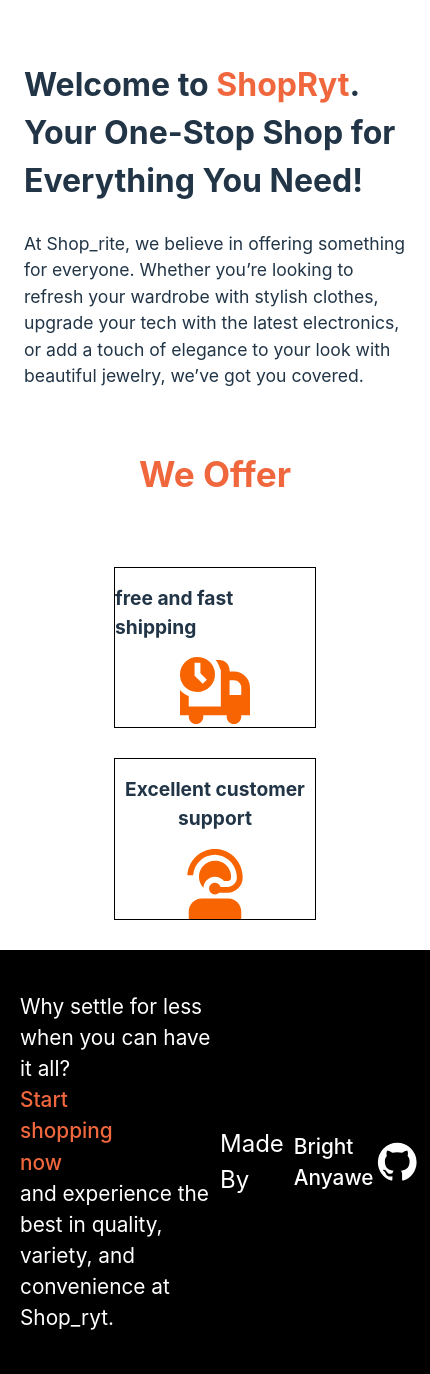
Repository: Bright-Anyawe/Shopping_cart
Page: /
These files come from the project's save history. The page is drawn as it stood at one moment and after the next save; the edit follows.
The browser window is 375 px wide. The page is 430 px wide, so the pictures cover 430 px, including what lies to the right of the window. The pictures show the part of the page from y = 680 to 2054 px (the page is 2054 px tall before and 1942 px after).
The page's requests for data from a server got no answer. The project was rebuilt for these pictures with package versions that can differ from the ones it lists, and the page was loaded fresh each time. No one was signed in, and anything a server would have sent is missing. Also part of the build but not shown: vite.config.js, src/Components/Layout/Shop.jsx, src/Components/Categories/MenClothing.jsx, src/Components/Categories/WomenClothing.jsx, src/Components/Categories/Electronics.jsx, src/Components/Categories/Jewelry.jsx, src/Components/Features/Delete.jsx, src/Components/Layout/Quantity Summery.jsx.

Above is the page before, as saved 2024-10-28 15:02:28.

### index.html
<!doctype html>
<html lang="en">
    <head>
        <meta charset="UTF-8">
        <link rel="icon" type="image/svg+xml" href="/vite.svg">
        <link rel="preconnect" href="https://fonts.googleapis.com">
        <link rel="preconnect" href="https://fonts.gstatic.com" crossorigin>
        <link href="https://fonts.googleapis.com/css2?family=Roboto:ital,wght@0,100;0,300;0,400;0,500;0,700;0,900;1,100;1,300;1,400;1,500;1,700;1,900&display=swap" rel="stylesheet">
        <meta name="viewport" content="width=device-width, initial-scale=1.0">
        <title>Vite + React</title>
    </head>
    <body>
        <div id="root"></div>
        <script type="module" src="/src/main.jsx"></script>
    </body>
</html>

### src/main.jsx
import { StrictMode } from "react";
import { createRoot } from "react-dom/client";
import { createBrowserRouter, RouterProvider } from "react-router-dom";
import routes from "./Components/Layout/Routes";
const router = createBrowserRouter(routes);
import "./Components/Styles/index.css"
import "./Components/Styles/App.css"
import './Components/Styles/layout.css'



createRoot(document.getElementById("root")).render(
  <StrictMode>
    <RouterProvider router={router} />
  </StrictMode>
);

### src/Components/Layout/Routes.jsx
import App from "./App";
import HomePage from "./Homepage.jsx";
import Shop from "./Shop.jsx";
// import About from "../Pages/About";
// import Help from "../Pages/Help";
// import Contact from "../Pages/Contact";
// import Faq from "../Pages/Faq";

import MenClothing from "../Categories/MenClothing"; // import { element } from "prop-types";
import WomenClothing from "../Categories/WomenClothing";
import Electronics from "../Categories/Electronics";
import Jewelry from "../Categories/Jewelry";
import QuantitySummery from "./Quantity Summery.jsx";

const routes = [
  {
    path: "/",
    element: <App />,
    // ErrorElement: <ErrorPage />,
    children: [
      { element: <HomePage />, index: true },
      { path: "shop", element: <Shop /> },
      { path: "menClothing", element: <MenClothing /> },
      { path: "womenClothing", element: <WomenClothing /> },
      { path: "electronics", element: <Electronics /> },
      { path: "jewelry", element: <Jewelry /> },
      { path: "quantitySummery", element: <QuantitySummery /> },
    ],
  },
];

export default routes;

### src/Components/Styles/App.css
.shopProductContainer {
  display: flex;
  flex-wrap: wrap;
  align-items: center;
  justify-content: start;
  gap: 20px;
}

.shoppingMallPicture {
  background-image: url("src/assets/Person_running_with_products.jpg");
  height: 500px;
  background-size: 100% 100%;
  /* background-position: ; */
  background-position: center;

  object-fit: contain;
  object-position: 50% 50%;
  border-radius: 9px;
}

.container {
  display: flex;
  justify-content: center;
  align-items: center;
  box-shadow: 0px 0px 2px 2px black;
  width: 370px;
  padding: 20px;
  gap: 20px;
  height: 250px;
}

.container h4 {
  /* display: flex; */
  max-width: 200px;
  align-items: center;
  justify-content: center;
  font-size: 1rem;
}

.additionalInfoContainer {
  display: flex;
  flex-direction: column;
  gap: 7px;
}

.cartNumber {
  display: flex;
  align-items: center;
  justify-content: center;
  background-color: red;
  color: white;
  border-radius: 50%;
  border: 1px solid black;
  width: 20px;
  text-overflow: ellipsis;
  height: 25px;
  text-overflow: clip;
  white-space: nowrap;
  overflow: hidden;
}

.itemsTitle {
  overflow: hidden;
  text-overflow: ellipsis;
  white-space: nowrap;
  /* width: 250px; */
}

.checkout {
  background: yellow;
  border-radius: 9px;
  padding: 7px;
}

.checkout:hover {
  color: red;
}

img {
  max-width: 120px;
  max-height: 200px;
  object-fit: cover;

  object-fit: contain;
  object-position: 50% 50%;
  border-radius: 9px;
}

.container li:hover {
  transform: scale(1.1);
  transition: 0.3s ease-in-out;
}

.welcomePageContainer {
  display: flex;
  padding: 20px;
  /* background-image: url("src/assets/person_holding_red_shirt.jpg"); */
  /* height: 500px;
  background-size: contain;
  background-position: center;
  /* background-repeat: no-repeat; */
}

.homeHeadText {
  padding: 50px;
}

.welcomePageContainer h2 {
  font-size: 3rem;
}

.welcomePageContainer p {
  font-size: 1.2rem;
  font-weight: 400;
}

.welcomePageContainer img {
  min-width: 500px;
  min-height: 500px;
  object-fit: cover;
}

.ourOfferContainer {
  display: flex;
  flex-direction: column;
  gap: 50px;
  /* align-items: center; */
  /* justify-content: center; */
}

.ourOfferSubContainer {
  display: flex;
  justify-content: space-between;
  padding-inline: 100px;
}

.offerEl {
  display: flex;
  align-items: center;
  justify-content: center;
  color: rgb(240, 103, 61);
}

.free-fastContainer {
  display: flex;
  flex-direction: column;
  justify-content: center;
  align-items: center;
  border: 1px solid black;
  width: 300px;
}

.customerServiceContainer {
  display: flex;
  flex-direction: column;
  justify-content: center;
  align-items: center;
  border: 1px solid black;
  width: 300px;
}

.ourOfferContainer img {
  width: 150px;
  height: 150px;
}

li {
  display: flex;
  flex-direction: column;
  align-items: center;
  list-style-type: none;
}

.quantityContainer {
  display: flex;
  align-items: center;
  gap: 20px;
  justify-content: start;
}

.quantityContainer button {
  display: flex;
  align-items: center;
  justify-content: center;
  border-radius: 0;
  width: 30px;
  height: 30px;
}

.quantityContainer input {
  height: 20px;
  width: 35px;
  color: white;
}

.priceOrderEl {
  /* display: flex; */
  align-items: center;
  justify-content: center;
  gap: 30px;
}

.orderBtn {
  width: 200px;
  border-radius: 0;
}

input[type="number"]:hover::-webkit-inner-spin-button {
  width: 19px;
  height: 30px;
}

.loading {
  text-align: center;
  font-size: 1.5rem;
  font-weight: 600;
}

button {
  transition: 0.2s ease;
  padding: 5px;
}

button:hover {
  transform: scale(1.05);
}

svg {
  width: 30px;
}

.titleContainer {
  display: flex;
  gap: 15px;
  align-items: center;
  justify-content: start;
}

.rateEl {
  display: flex;
}

.rateEl svg {
  width: 20px;
}

.shopCartContainer {
  display: flex;
  gap: 20px;
  justify-content: center;
  align-items: center;
}

input::-webkit-outer-spin-button,
input::-webkit-inner-spin-button {
  -webkit-appearance: none;
  margin: 0;
}

input[type="number"] {
  -moz-appearance: textfield;
}

.summerList {
  display: flex;
  flex-direction: row;
  gap: 10px;
}

.summeryListContainer {
  margin: 0 0 20px 50px;
  display: flex;
  justify-content: space-evenly;
}

.totalSummery {
  display: flex;
  flex-direction: column;
  gap: 20px;
}

.totalSummery div {
  font-size: 1.2rem;
}

.subTotal,
.shippingFee,
.total {
  display: flex;
  justify-content: space-between;
}

.summeryListSubContainer {
  display: flex;
  flex-direction: column;
  gap: 30px;
}

.summeryTextContainer {
  display: flex;
  flex-direction: column;
  gap: 20px;
}

.summeryTextContainer svg {
  width: 25px;
}

.delQtySelectedContainer {
  display: flex;
  align-items: center;
  justify-content: start;
  gap: 10px;
}

.productPrice_TitleContainer h4 {
  max-width: 250px;
}

### src/Components/Styles/layout.css
@media (max-width: 500px) {
  div.root-layout {
    display: grid;
    grid-template-columns: 100%;
    grid-template-rows: 80px;
  }

  #root header {
    grid-area: 1 / 1 / 2;
    /* display: grid; */
    grid-template-columns: 300px 780px;
    padding: 14px 10px;
    /* position: fixed; */
    /* gap: 0 43rem; */
    /* gap: 36rem; */
  }

  #root header h1 {
    grid-area: 1 / 1 / 2 / 2;
    font-size: 1.7rem;
  }

  nav.navLinks {
    display: flex;
    gap: 1rem;
    font-size: 1rem;
    align-items: center;
  }

  section.categoriesContainer {
    grid-row: 1 / 3;
    display: flex;
    flex-direction: column;
    justify-content: center;
    align-items: start;
  }

  main aside {
    display: flex;
    flex-direction: column;
    justify-content: center;
    gap: 20px;
    width: 99%;
    /* margin: 40px 0; */
  }

  nav.asideNavContainer {
    max-width: 460px;
  }

  ul.itemsContainer {
    display: flex;
    flex-wrap: wrap;
    flex-direction: row;
    justify-content: space-evenly;
    align-items: center;
    margin: 0 0 0 10px;
    font-size: 1rem;
    padding: 0;
    gap: 10px;
    max-width: 460px;
  }

  ul.itemsContainer li a {
    width: 100%;
    display: flex;
    flex-wrap: wrap;
  }

  #root header nav {
    grid-area: 1 / 2 / 2 / 3;
  }

  h1.headText svg {
    width: 25px;
  }

  div.root-layout main {
    grid-area: 2 / 1/ 9 / 4;
    display: grid;
    grid-template-columns: auto;
    grid-template-rows: 150px;
    gap: 20px;
  }

  div.homeHeadText {
    padding: 4px;
    width: 100%;
  }

  div.welcomePageContainer {
    display: flex;
    padding: 20px;
    flex-direction: column;
    /* background-image: url(src/assets/person_holding_red_shirt.jpg); */
  }

  div.welcomePageContainer h2 {
    font-size: 2rem;
  }

  div.welcomePageContainer p {
    font-size: 1.1rem;
  }

  div.shoppingMallPicture {
    background-image: url(src/assets/Person_running_with_products.jpg);
    height: 400px;
    background-size: 100% 100%;
    background-position: center;
    object-fit: contain;
    object-position: 50% 50%;
    border-radius: 9px;
    margin: 10px;
  }

  div.homePageContainer {
    max-width: 430px;
    display: flex;
    flex-direction: column;
    justify-content: center;
  }

  div.homePageImageContainer {
    width: 100%;
    height: auto;
    background-image: url("src/assets/Items_In_cart.jpg");

    background-size: 100% 100%;
    /* background-position: ; */
    background-position: center;

    object-fit: contain;
    object-position: 50% 50%;
    border-radius: 9px;
  }

  div.ourOfferContainer {
    display: flex;
    flex-direction: column;
    gap: 50px;
    /* align-items: center; */
    /* justify-content: center; */
  }

  div.ourOfferSubContainer {
    display: flex;
    flex-direction: column;
    justify-content: space-between;
    align-items: center;
    padding-inline: 100px;
    gap: 30px;
    margin: 0 0 30px 0;
  }

  h1.offerEl {
    display: flex;
    align-items: center;
    justify-content: center;
    font-size: 2.2rem;
    color: rgb(240, 103, 61);
  }

  .ourOfferContainer img {
    width: 70px;
    height: auto;
  }

  div.free-fastContainer {
    display: flex;
    flex-direction: column;
    justify-content: center;
    align-items: center;
    border: 1px solid black;
    width: 200px;
  }

  div.free-fastContainer h2 {
    font-size: 1.2rem;
  }

  div.customerServiceContainer {
    display: flex;
    flex-direction: column;
    justify-content: center;
    align-items: center;
    border: 1px solid black;
    width: 200px;
  }

  div.customerServiceContainer h2 {
    font-size: 1.2rem;
    text-align: center;
  }

  main footer p {
    font-size: 1.5rem;
  }

  div.container {
    display: flex;
    justify-content: center;
    align-items: center;
    box-shadow: 0px 0px 2px 2px black;
    width: 371px;
    padding: 10px;
    gap: 20px;
    height: 250px;
  }

  li img {
    max-width: 150px;
    max-height: 200px;
    object-fit: cover;

    object-fit: contain;
    object-position: 50% 50%;
    border-radius: 9px;
  }

  div.container h4 {
    /* display: flex; */
    max-width: 200px;
    align-items: center;
    justify-content: center;
    font-size: 1rem;
  }

  main footer :first-child {
    font-size: 1.3rem;
    max-width: 70%;
}
}

@media (max-width: 1120px) and (min-width: 800px) {
  div.root-layout {
    display: grid;
    grid-template-columns: 100%;
    grid-template-rows: 80px;
  }

  #root header {
    grid-area: 1 / 1 / 2;
    /* display: grid; */
    grid-template-columns: 300px 780px;
    /* position: fixed; */
    /* gap: 0 43rem; */
    /* gap: 36rem; */
  }

  #root header h1 {
    grid-area: 1 / 1 / 2 / 2;
  }

  #root header nav {
    grid-area: 1 / 2 / 2 / 3;
  }

  main {
    grid-area: 2 / 1/ 9 / 4;
  }

  div.homeHeadText {
    padding: 4px;
    width: 50%;
  }

  div.welcomePageContainer h2 {
    font-size: 2rem;
  }

  div.welcomePageContainer p {
    font-size: 1.1rem;
  }

  /* div.welcomePageContainer img {
    width: 100%;
    height: auto;
    min-width: 100px;
    min-height: 0;
    object-fit: cover;
  } */

  div.homePageImageContainer {
    width: 100%;
    height: auto;
    background-image: url("src/assets/Items_In_cart.jpg");

    background-size: 100% 100%;
    /* background-position: ; */
    background-position: center;

    object-fit: contain;
    object-position: 50% 50%;
    border-radius: 9px;
  }

  div.ourOfferContainer {
    display: flex;
    flex-direction: column;
    gap: 50px;
    /* align-items: center; */
    /* justify-content: center; */
  }

  div.ourOfferSubContainer {
    display: flex;
    justify-content: space-between;
    padding-inline: 100px;
    margin: 0 0 30px 0;
  }

  h1.offerEl {
    display: flex;
    align-items: center;
    justify-content: center;
    font-size: 2.2rem;
    color: rgb(240, 103, 61);
  }

  .ourOfferContainer img {
    width: 70px;
    height: auto;
  }

  div.free-fastContainer {
    display: flex;
    flex-direction: column;
    justify-content: center;
    align-items: center;
    border: 1px solid black;
    width: 200px;
  }

  div.free-fastContainer h2 {
    font-size: 1.2rem;
  }

  div.customerServiceContainer {
    display: flex;
    flex-direction: column;
    justify-content: center;
    align-items: center;
    border: 1px solid black;
    width: 200px;
  }

  div.customerServiceContainer h2 {
    font-size: 1.2rem;
    text-align: center;
  }

  main footer p {
    font-size: 1.5rem;
  }

  div.container {
    display: flex;
    justify-content: center;
    align-items: center;
    box-shadow: 0px 0px 2px 2px black;
    width: 371px;
    padding: 10px;
    gap: 20px;
    height: 250px;
  }

  li img {
    max-width: 150px;
    max-height: 200px;
    object-fit: cover;

    object-fit: contain;
    object-position: 50% 50%;
    border-radius: 9px;
  }

  div.container h4 {
    /* display: flex; */
    max-width: 200px;
    align-items: center;
    justify-content: center;
    font-size: 1rem;
  }
}

.shopText {
  color: rgb(240, 103, 61);
}

.shopLink {
  color: rgb(240, 103, 61);
}

.root-layout {
  /* display: grid; */
  grid-template-columns: 100%;
  grid-template-rows: 60px;
}

header {
  grid-area: 1 / 1 / 2;
  /* display: grid; */
  display: flex;
  justify-content: space-between;
  align-items: center;
  padding: 14px 35px;

  /* gap: 0 43rem; */
  /* gap: 36rem; */
}

header h1 {
  grid-area: 1 / 1 / 2 / 2;
}

header nav {
  grid-area: 1 / 2 / 2 / 3;
}

main {
  grid-area: 2 / 1/ 9 / 4;
  display: grid;
  grid-template-columns: auto;
  grid-template-rows: 80px;
  gap: 20px;
}

.categoriesContainer {
  grid-row: 1 / 2;
  display: flex;
  flex-direction: column;
  justify-content: center;
  align-items: center;
}

.shopProductContainer {
  grid-row: 2 / 9;
}

aside {
  display: flex;
  flex-direction: column;
  justify-content: center;
  gap: 20px;
  width: 82%;
}

aside h2 {
  display: flex;
  justify-content: center;
  font-size: 1.8rem;
}

.ourOfferSubContainer {
  display: flex;
  justify-content: space-between;
  padding-inline: 100px;
  margin: 0 0 30px 0;
}

.itemsContainer {
  display: flex;
  flex-direction: row;
  justify-content: space-evenly;
  align-items: center;
  margin: 0 0 0 40px;
  font-size: 1.3rem;
  padding: 0;
  gap: 20px;
}

.itemsContainer li a {
  width: 150px;
}

.itemNotSelected {
  text-align: center;
  font-size: 1.5rem;
}

.menProductContainer,
.womenProductContainer,
.electronicsProductContainer,
.jewelryContainer {
  display: flex;
  flex-wrap: wrap;
  gap: 20px;
}

.homeHeadText {
  padding: 4px;
  width: 60%;
}

.homePageImageContainer {
  width: 100%;
  height: auto;
  background-image: url("src/assets/Items_In_cart.jpg");
  background-size: 100% 100%;
  /* background-position: ; */
  background-position: center;

  object-fit: contain;
  object-position: 50% 50%;
  border-radius: 9px;
}

.creator {
  display: flex;
  align-items: center;
  gap: 10px;
}

footer {
  background-color: black;
  display: flex;
  align-items: center;
  justify-content: space-between;
  padding: 20px;
}

footer a {
  color: white;
}

footer a:hover {
  color: white;
}

footer :first-child {
  font-size: 1.3rem;
  max-width: 70%;
}

footer :last-child {
  display: flex;
  width: 200px;
}

footer svg {
  fill: white;
}

footer p {
  color: white;
}

### src/Components/Layout/App.jsx
import { createContext } from "react";
import { Header } from "./Header";
import { useState } from "react";
import { Outlet } from "react-router-dom";
import { SideBar } from "./SideBar";

export const QuantityContext = createContext(null);
export const QtySummeryContext = createContext([]);

export default function App() {
  const [quantityCount, setQuantityCount] = useState(0);
  const [quantity, setQuantity] = useState({});
  const [qtySummery, setSummery] = useState([]);
  const [qtySummeryObject, setQuantitySummeryObject] = useState({
    productUrl: "",
    productTitle: '',
    productPrice: "",
    QtySelected: "",
    qtySubTotal: "",
  });

  return (
    <>
      <div className="root-layout">
        <QuantityContext.Provider
          value={{ quantityCount, setQuantityCount, quantity, setQuantity }}
        >
          <QtySummeryContext.Provider
            value={{
              qtySummery,
              setSummery,
              qtySummeryObject,
              setQuantitySummeryObject,
            }}
          >
            <Header />
            <main>
              <SideBar />

              <Outlet />
            </main>
          </QtySummeryContext.Provider>
        </QuantityContext.Provider>
      </div>
    </>
  );
}

### src/Components/Layout/Homepage.jsx
// import { Link, NavLink } from "react-router-dom";

import { NavLink } from "react-router-dom";

const HomePage = () => {
  return (
    <>
      <div className="homePageContainer">
        <div className="shoppingMallPicture"></div>

        <div className="welcomePageContainer">
          <div className="homeHeadText">
            <h2>
              Welcome to <span className="shopText">ShopRyt</span>. Your
              One-Stop Shop for Everything You Need!
            </h2>

            <p>
              At Shop_rite, we believe in offering something for everyone.
              Whether you’re looking to refresh your wardrobe with stylish
              clothes, upgrade your tech with the latest electronics, or add a
              touch of elegance to your look with beautiful jewelry, we’ve got
              you covered.
            </p>
          </div>

          <div className="homePageImageContainer">
            {/* <img
              src="src/assets/excited-african-woman-holding-shopping-bags-mobile-phone_.avif"
              alt=""
            /> */}
          </div>
        </div>

        <div className="ourOfferContainer">
          <h1 className="offerEl">We Offer</h1>

          <div className="ourOfferSubContainer">
            <div className="free-fastContainer">
              <h2>free and fast shipping</h2>
              <img
                src="data:[embedded picture, 928 characters]"
                alt=""
              />
            </div>

            <div className="customerServiceContainer">
              <h2>Excellent customer support</h2>
              <img
                src="data:[embedded picture, 948 characters]"
                alt=""
              />
            </div>
          </div>
        </div>

        <footer>
          <p>
            {" "}
            Why settle for less when you can have it all?{" "}
            <NavLink to="shop" className="shopLink">
              Start shopping now
            </NavLink>{" "}
            and experience the best in quality, variety, and convenience at
            Shop_ryt.
          </p>

          <p className="creator">
            Made By{" "}
            <NavLink>
              Bright Anyawe{" "}
              <svg xmlns="http://www.w3.org/2000/svg" viewBox="0 0 24 24">
                <title>github</title>
                <path d="M12,2A10,10 0 0,0 2,12C2,16.42 4.87,20.17 8.84,21.5C9.34,21.58 9.5,21.27 9.5,21C9.5,20.77 9.5,20.14 9.5,19.31C6.73,19.91 6.14,17.97 6.14,17.97C5.68,16.81 5.03,16.5 5.03,16.5C4.12,15.88 5.1,15.9 5.1,15.9C6.1,15.97 6.63,16.93 6.63,16.93C7.5,18.45 8.97,18 9.54,17.76C9.63,17.11 9.89,16.67 10.17,16.42C7.95,16.17 5.62,15.31 5.62,11.5C5.62,10.39 6,9.5 6.65,8.79C6.55,8.54 6.2,7.5 6.75,6.15C6.75,6.15 7.59,5.88 9.5,7.17C10.29,6.95 11.15,6.84 12,6.84C12.85,6.84 13.71,6.95 14.5,7.17C16.41,5.88 17.25,6.15 17.25,6.15C17.8,7.5 17.45,8.54 17.35,8.79C18,9.5 18.38,10.39 18.38,11.5C18.38,15.32 16.04,16.16 13.81,16.41C14.17,16.72 14.5,17.33 14.5,18.26C14.5,19.6 14.5,20.68 14.5,21C14.5,21.27 14.66,21.59 15.17,21.5C19.14,20.16 22,16.42 22,12A10,10 0 0,0 12,2Z" />
              </svg>
            </NavLink>
          </p>
        </footer>
      </div>
    </>
  );
};
export default HomePage;

### src/Components/Layout/Header.jsx
import { NavLink } from "react-router-dom";

import { useContext } from "react";
// import QuantityContext from "./Components/Layout/App.jsx";
import { QuantityContext } from "./App";

export function Header() {

  const { quantityCount } = useContext(QuantityContext);

  let prevScrollPos = window.scrollY;
  window.onscroll = function () {
    let currentScrollPos = window.scrollY;


    if (prevScrollPos > currentScrollPos) {
      document.querySelector(".headerContainer").style.top = "25px";
    } else {
      document.querySelector(".headerContainer").style.top = "-80px";
    }
    prevScrollPos = currentScrollPos;
  };

  return (
    <>
      <header className="headerContainer">
        <h1 className="headText">
          <span className="shopText">ShopRyt</span>
          <svg xmlns="http://www.w3.org/2000/svg" viewBox="0 0 24 24">
            <title>cart-outline</title>
            <path d="M17,18A2,2 0 0,1 19,20A2,2 0 0,1 17,22C15.89,22 15,21.1 15,20C15,18.89 15.89,18 17,18M1,2H4.27L5.21,4H20A1,1 0 0,1 21,5C21,5.17 20.95,5.34 20.88,5.5L17.3,11.97C16.96,12.58 16.3,13 15.55,13H8.1L7.2,14.63L7.17,14.75A0.25,0.25 0 0,0 7.42,15H19V17H7C5.89,17 5,16.1 5,15C5,14.65 5.09,14.32 5.24,14.04L6.6,11.59L3,4H1V2M7,18A2,2 0 0,1 9,20A2,2 0 0,1 7,22C5.89,22 5,21.1 5,20C5,18.89 5.89,18 7,18M16,11L18.78,6H6.14L8.5,11H16Z" />
          </svg>
        </h1>
        <nav className="navLinks">
          <NavLink to="/">Home</NavLink>
          <div className="shopCartContainer">
            <NavLink to="shop">Shop</NavLink>
            <NavLink to="quantitySummery">
              <svg xmlns="http://www.w3.org/2000/svg" viewBox="0 0 24 24">
                <title>cart-outline</title>
                <path d="M17,18A2,2 0 0,1 19,20A2,2 0 0,1 17,22C15.89,22 15,21.1 15,20C15,18.89 15.89,18 17,18M1,2H4.27L5.21,4H20A1,1 0 0,1 21,5C21,5.17 20.95,5.34 20.88,5.5L17.3,11.97C16.96,12.58 16.3,13 15.55,13H8.1L7.2,14.63L7.17,14.75A0.25,0.25 0 0,0 7.42,15H19V17H7C5.89,17 5,16.1 5,15C5,14.65 5.09,14.32 5.24,14.04L6.6,11.59L3,4H1V2M7,18A2,2 0 0,1 9,20A2,2 0 0,1 7,22C5.89,22 5,21.1 5,20C5,18.89 5.89,18 7,18M16,11L18.78,6H6.14L8.5,11H16Z" />
              </svg>
            </NavLink>
            <span className="cartNumber">{quantityCount}</span>
          </div>
          {/* <NavLink to="help">
            <span className="checkout">checkout</span>
          </NavLink>
          <NavLink to="about">About</NavLink> */}
        </nav>
      </header>
    </>
  );
}

### src/Components/Layout/SideBar.jsx
import { NavLink } from "react-router-dom";
import { useShopProduct } from "./GetShopProduct";

export const SideBar = () => {
  const { loading } = useShopProduct();

  return (
    <>
      {loading ? null : (
        <section className="categoriesContainer">
          <aside>
            <h2 className="shopText">Categories</h2>

            <nav className="asideNavContainer">
              <ul className="itemsContainer">
                <li>
                  <NavLink to="shop">All</NavLink>
                </li>

                <li>
                  {" "}
                  <NavLink to="menClothing">Men Clothing</NavLink>
                </li>
                <li>
                  {" "}
                  <NavLink to="womenClothing">Women Clothing</NavLink>
                </li>
                <li>
                  {" "}
                  <NavLink to="electronics">Electronics</NavLink>
                </li>
                <li>
                  {" "}
                  <NavLink to="jewelry">Jewelry</NavLink>
                </li>
              </ul>{" "}
            </nav>
          </aside>
        </section>
      )}
    </>
  );
};

### src/Components/Layout/GetShopProduct.js
import { useState, useEffect } from "react";

export const useShopProduct = () => {
  const [items, setItems] = useState([]);

  const [error, setError] = useState(null);
  const [loading, setLoading] = useState(true);

  useEffect(() => {
    async function fetchData() {
      let response;

      try {
        response = await fetch(`https://fakestoreapi.com/products`, {
          mode: "cors",
        });

        const itemsJson = await response.json();
        console.log(itemsJson);

        setItems(itemsJson);
      } catch (error) {
        setError(error);
        console.log("Not found");
      } finally {
        setLoading(false);
      }
    }
    fetchData();
  }, []);

  return { items, error, loading };
};

Loaded but not shown: src/index.css (common file)

After the next save:
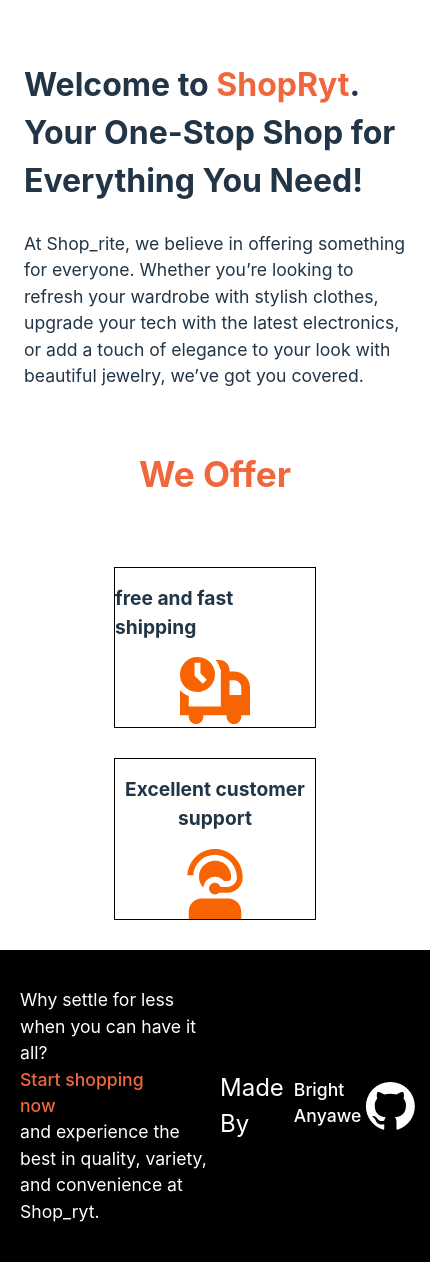
Saved 5 s later.
--- a/src/Components/Styles/layout.css
+++ b/src/Components/Styles/layout.css
@@ -227,7 +227,7 @@
   }
 
   main footer :first-child {
-    font-size: 1.3rem;
+    font-size: 1.1rem;
     max-width: 70%;
 }
 }
